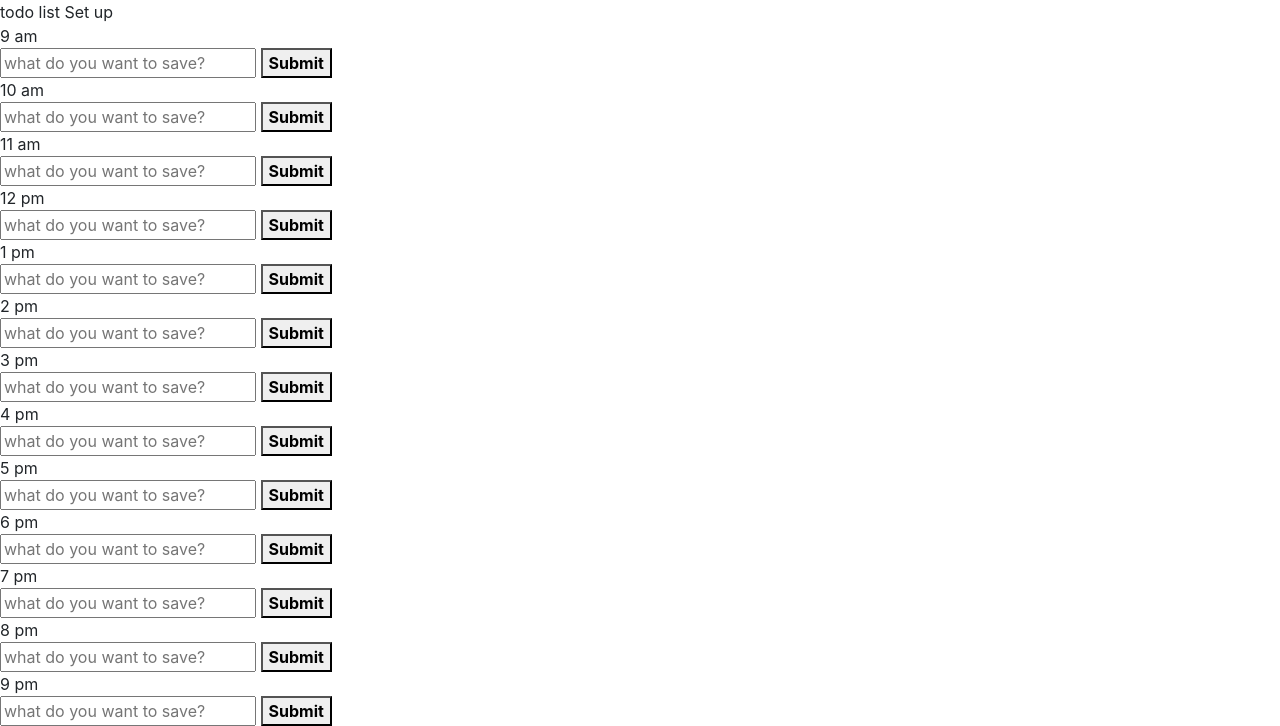
Repository: kkyler24/DayPlanner
Page: Index.html
The author's editor kept a copy of each file at every save. The page is drawn from the files as they stood at one save, then again after the next save.
The browser window is 1280 px wide. The pictures show the whole page.
Some web libraries are served in a nearby version.

Above is the page before, as saved 2020-03-29 20:44:51.
Console error: SyntaxError: Unexpected token ')'

### Index.html
<!DOCTYPE html>
<html lang="en">
<head>
    <meta charset="UTF-8">
    <meta name="viewport" content="width=device-width, initial-scale=1.0">
    <!-- Style Sheets -->
    <link rel="stylesheet" href="https://maxcdn.bootstrapcdn.com/bootstrap/4.0.0/css/bootstrap.min.css" integrity="sha384-Gn5384xqQ1aoWXA+058RXPxPg6fy4IWvTNh0E263XmFcJlSAwiGgFAW/dAiS6JXm" crossorigin="anonymous">
    <link rel="stylesheet" type="text/CSS" href="Assets/todocss/todostyles.css">
    <link rel="stylesheet"  type="text/CSS" href="style.css">
    <title>Planner</title>
</head>
<body>
<Main>
todo list Set up
<!--  -->
<Div style="display: none">
<Section>
    <div id="ContainerTodo">
        <H1>Today's To-Do List</H1>
        <input type="text">
        <ul>
            <li><span>X</span> Go to Gym</li>
            <li><span>X</span> Finish H.W</li>
            <li><span>X</span> Take over the World</li>
        </ul>


         </div>
 <!-- calendar set up -->
    <div class="container col-sm-4 col-md-7 col-lg-4 mt-5">
        <div class="card">
            <h3 class="card-header" id="monthAndYear"></h3>
            <table class="table table-bordered table-responsive-md" id="calendar">
                <thead>
                <tr>
                    <th>Sun</th>
                    <th>Mon</th>
                    <th>Tue</th>
                    <th>Wed</th>
                    <th>Thu</th>
                    <th>Fri</th>
                    <th>Sat</th>
                </tr>
                </thead>

                <tbody id="calendar-body">

                </tbody>
            </table>

            <div class="form-inline">

                <button class="btn btn-outline-primary col-sm-6" id="previous" onclick="previous()">Previous</button>

                <button class="btn btn-outline-primary col-sm-6" id="next" onclick="next()">Next</button>
            </div>
            <br/>
            <form class="form-inline">
                <label class="lead mr-2 ml-2" for="month">Jump To: </label>
                <select class="form-control col-sm-4" name="month" id="month" onchange="jump()">
                    <option value=0>Jan</option>
                    <option value=1>Feb</option>
                    <option value=2>Mar</option>
                    <option value=3>Apr</option>
                    <option value=4>May</option>
                    <option value=5>Jun</option>
                    <option value=6>Jul</option>
                    <option value=7>Aug</option>
                    <option value=8>Sep</option>
                    <option value=9>Oct</option>
                    <option value=10>Nov</option>
                    <option value=11>Dec</option>
                </select>


                <label for="year"></label><select class="form-control col-sm-4" name="year" id="year" onchange="jump()">

                <option value=2020>2020</option>
                <option value=2021>2021</option>
                <option value=2022>2022</option>
                <option value=2023>2023</option>
                <option value=2024>2024</option>
                <option value=2025>2025</option>
                <option value=2026>2026</option>
                <option value=2027>2027</option>
                <option value=2028>2028</option>
                <option value=2029>2029</option>
                <option value=2030>2030</option>
                <option value=2030>2030</option>
                <option value=2030>2030</option>
                <option value=2030>2030</option>
                <option value=2030>2030</option>
            </select></form>
        </div>
    </div>
    <!--<button name="jump" onclick="jump()">Go</button>-->
</sectiontwo>

<!-- <----Scheduler -->
</Div>
<div id="date"></div>
<div>
    <form onsubmit="timeSubmit(event)">
    <div class="column-small left">9 am</div>
    <input class="column-large middle" placeholder="what do you want to save?"/>
    <button type="submit" class="column-small right button"><strong>Submit</strong></button>
    </form>
    <form onsubmit="timeSubmit(event)">
    <div class="column-small left">10 am</div>
    <input class="column-large middle" placeholder="what do you want to save?">
    <button class="column-small right button"><strong>Submit</strong></button>
    </form>
    <form onsubmit="timeSubmit(event)">
    <div class="column-small left">11 am</div>
    <input class="column-large middle" placeholder="what do you want to save?">
    <button class="column-small right button"><strong>Submit</strong></button>
    </form>
    <form onsubmit="timeSubmit(event)">
    <div class="column-small left">12 pm</div>
    <input class="column-large middle" placeholder="what do you want to save?">
    <button class="column-small right button"><strong>Submit</strong></button>
    </form>
    <form onsubmit="timeSubmit(event)">
    <div class="column-small left">1 pm</div>
    <input class="column-large middle" placeholder="what do you want to save?">
    <button class="column-small right button"><strong>Submit</strong></button>
    </form>
    <form onsubmit="timeSubmit(event)">
    <div class="column-small left">2 pm</div>
    <input class="column-large middle" placeholder="what do you want to save?">
    <button class="column-small right button"><strong>Submit</strong></button>
    </form>
    <form onsubmit="timeSubmit(event)">
    <div class="column-small left">3 pm</div>
    <input class="column-large middle" placeholder="what do you want to save?">
    <button class="column-small right button"><strong>Submit</strong></button>
    </form>
    <form onsubmit="timeSubmit(event)">
    <div class="column-small left">4 pm</div>
    <input class="column-large middle" placeholder="what do you want to save?">
    <button class="column-small right button"><strong>Submit</strong></button>
    </form>
    <form onsubmit="timeSubmit(event)">
    <div class="column-small left">5 pm</div>
    <input class="column-large middle" placeholder="what do you want to save?">
    <button class="column-small right button"><strong>Submit</strong></button>
    </form>
    <form onsubmit="timeSubmit(event)">
    <div class="column-small left">6 pm</div>
    <input class="column-large middle" placeholder="what do you want to save?">
    <button class="column-small right button"><strong>Submit</strong></button>
    </form>
    <form onsubmit="timeSubmit(event)">
    <div class="column-small left">7 pm</div>
    <input class="column-large middle" placeholder="what do you want to save?">
    <button class="column-small right button"><strong>Submit</strong></button>
    </form>
    <form onsubmit="timeSubmit(event)">
    <div class="column-small left">8 pm</div>
    <input class="column-large middle" placeholder="what do you want to save?">
    <button class="column-small right button"><strong>Submit</strong></button>
    </form>
    <form onsubmit="timeSubmit(event)">
    <div class="column-small left">9 pm</div>
    <input class="column-large middle" placeholder="what do you want to save?">
    <button class="column-small right button"><strong>Submit</strong></button>
    </form>
      </div>

    </Div>
</Div>

</Main>

<script src="https://code.jquery.com/jquery-3.2.1.slim.min.js" integrity="sha384-KJ3o2DKtIkvYIK3UENzmM7KCkRr/rE9/Qpg6aAZGJwFDMVNA/GpGFF93hXpG5KkN" crossorigin="anonymous"></script>
<script src="https://cdnjs.cloudflare.com/ajax/libs/popper.js/1.12.9/umd/popper.min.js" integrity="sha384-ApNbgh9B+Y1QKtv3Rn7W3mgPxhU9K/ScQsAP7hUibX39j7fakFPskvXusvfa0b4Q" crossorigin="anonymous"></script>
<script src="https://maxcdn.bootstrapcdn.com/bootstrap/4.0.0/js/bootstrap.min.js" integrity="sha384-JZR6Spejh4U02d8jOt6vLEHfe/JQGiRRSQQxSfFWpi1MquVdAyjUar5+76PVCmYl" crossorigin="anonymous"></script>
<script src="https://unpkg.com/moment"/>
<script type="text/javascript" src="javascript.js"></script>
<script type="text/javascript" src="Assets/todo JS/todo.js"></script>
</body>
</html>

### Assets/todocss/todostyles.css
#ContainerTodo{
  border: 2px solid teal ;
  border-radius:10px ;
  width: 400px;
  margin-top:3rem;
  margin-left:200px ;
  float: left;

}


Planner
body {
  font-family: 'Open Sans', sans-serif;
  font-size: 16px;
  line-height: 1;
}

textarea{
  background: transparent;
  border: none;
  resize: none;
  color: #000000;
  border-left: 1px solid black;
  padding: 10px;
}

.jumbotron {
  text-align: center;
  background-color: transparent;
  color: black;
  border-radius: 0;
  border-bottom: 10px solid black;
}

.description{
  white-space: pre-wrap;
}

.time-block{
  text-align: center;
  border-radius: 15px;
}

.row {
  white-space: pre-wrap;
  height: 80px;
  border-top: 1px solid white;;
}

.hour {
  background-color: #ffffff;
  color: #000000;
  border-top: 1px dashed #000000;
}

.past {
  background-color: #d3d3d3;
  color: white;
}

.present {
  background-color: #ff6961;
  color: white;
}

.future {
  background-color: #77dd77;
  color: white;
}

.saveBtn {
  border-left: 1px solid black;
  border-top-right-radius: 15px;
  border-bottom-right-radius: 15px;
  background-color: #06AED5;
  color: white;
}

.saveBtn i:hover {
  font-size: 20px;
  transition: all .3s ease-in-out;
}

### style.css
.container{
    margin-right: 150px;
    margin-top: 3rem;
    float: left;
    border: 2px solid teal;
    border-radius: 10px;
}

### Assets/todo JS/todo.js
// check off to do list items and change colors for different stages// in progress<--
$("li").dblclick(function () {
        if($(this).css("color") === "rgb(11, 209, 170)"){
            $(this).css({
                color: "gray",
                textDecoration: "line-through"
            });
        }
        else{
            $(this).css({
            color: "rgb(11, 209, 170)",
            textDecoration: "none",
            fontWeight: "bold"
        });
    }
});

$("li").click(function () {
    // if Li is grey how do we change it back to black?
    if($(this).css("color") === "rgb(128, 128, 128)"){
        $(this).css({
            color: "black",
            textDecoration: "none"
        });
    }
    else{
        $(this).css({
        color: "gray",
        textDecoration: "line-through"
    });
}
});

// --->planner<--

const currentTime = moment().format("H");
    console.log(currentTime);

    if ()

After the next save:
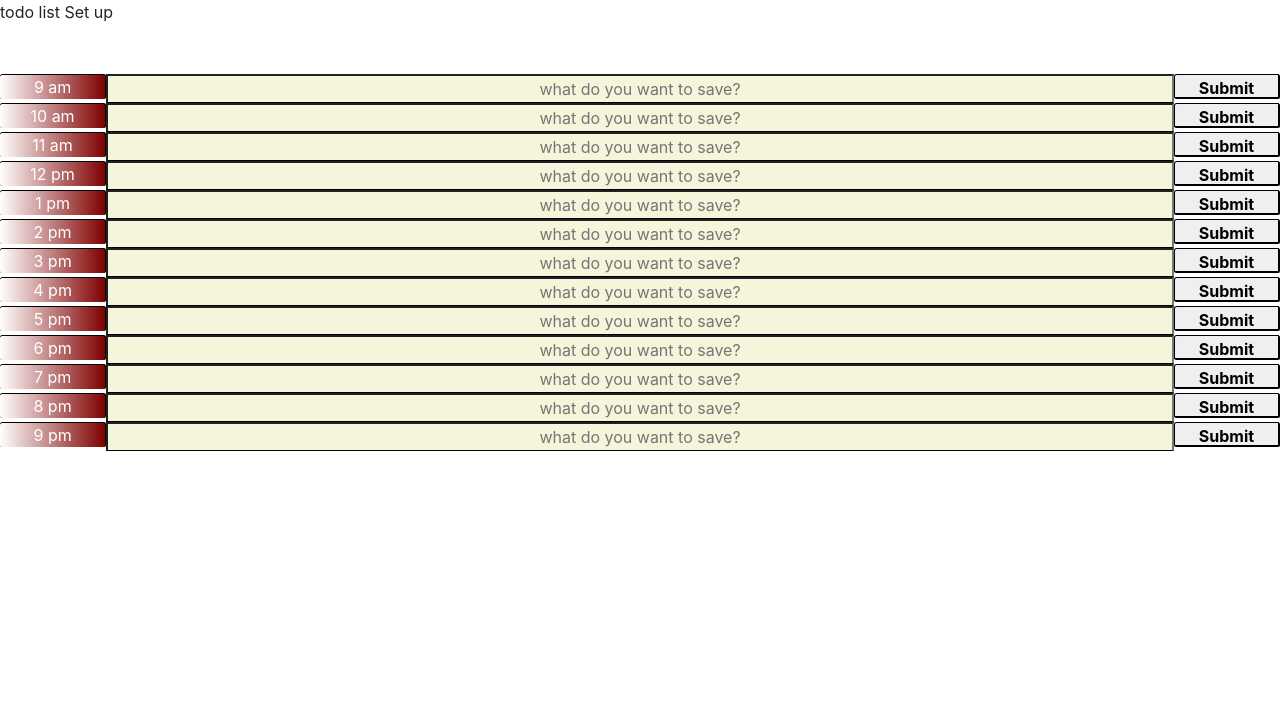
Saved 110 s later.
--- a/Assets/todocss/todostyles.css
+++ b/Assets/todocss/todostyles.css
@@ -10,74 +10,52 @@
 
 
 Planner
-body {
-  font-family: 'Open Sans', sans-serif;
-  font-size: 16px;
-  line-height: 1;
+
+.past{
+  background-color: grey;
 }
-
-textarea{
-  background: transparent;
-  border: none;
-  resize: none;
-  color: #000000;
+.present {
+  background-color: red;
+}
+.future {
+  background-color: green;
+}
+.column-small {
+  flex-grow: 1;
+  display: inline-block;
+  text-align: center;
+  height: 25px;
+  width: 25px;
+  border-top: 1px solid black;
+  border-radius: 2.5px;
+}
+.column-large {
+  flex-grow: 10;
+  display: inline-block;
+  text-align: center;
+}
+.left {
+  border-right: 1px solid black;
+  background-color: maroon;
+  color: white;
+  background-image: linear-gradient(to right, white, maroon);
+}
+.right {
   border-left: 1px solid black;
-  padding: 10px;
+  cursor: pointer;
 }
-
-.jumbotron {
+.middle {
+  border-bottom: 1px solid black;
+  background-color: beige;
+}
+#date {
+  margin: auto;
   text-align: center;
-  background-color: transparent;
-  color: black;
-  border-radius: 0;
-  border-bottom: 10px solid black;
+  height: 50px;
+  width: 50%;
+  font-weight: bold;
+  font-size: 1.3em;
 }
-
-.description{
-  white-space: pre-wrap;
+form {
+  display: flex;
 }
-
-.time-block{
-  text-align: center;
-  border-radius: 15px;
-}
-
-.row {
-  white-space: pre-wrap;
-  height: 80px;
-  border-top: 1px solid white;;
-}
-
-.hour {
-  background-color: #ffffff;
-  color: #000000;
-  border-top: 1px dashed #000000;
-}
-
-.past {
-  background-color: #d3d3d3;
-  color: white;
-}
-
-.present {
-  background-color: #ff6961;
-  color: white;
-}
-
-.future {
-  background-color: #77dd77;
-  color: white;
-}
-
-.saveBtn {
-  border-left: 1px solid black;
-  border-top-right-radius: 15px;
-  border-bottom-right-radius: 15px;
-  background-color: #06AED5;
-  color: white;
-}
-
-.saveBtn i:hover {
-  font-size: 20px;
-  transition: all .3s ease-in-out;
-}
